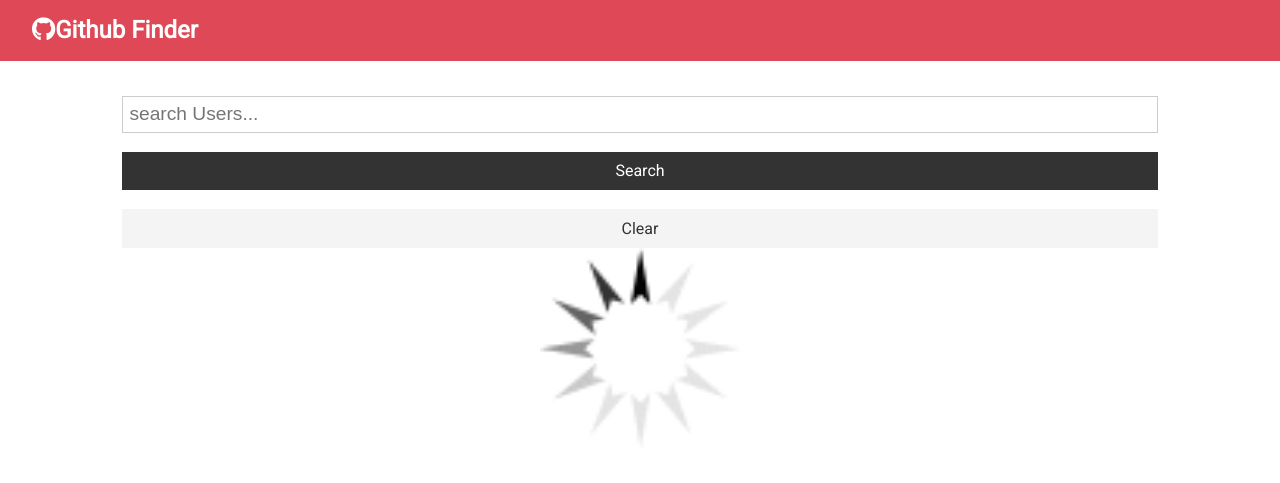
Repository: MANUCHANDRAN94/Github-Finder-React-
Page: /
These files come from the project's save history. The page is drawn as it stood at one moment and after a run of saves; the edit follows.
The browser window is 1280 px wide. The pictures show the whole page.
The page's requests for data from a server got no answer. Some web libraries are served in a nearby version. The project was rebuilt for these pictures with package versions that can differ from the ones it lists, and the page was loaded fresh each time. No one was signed in, and anything a server would have sent is missing. Also part of the build but not shown: src/components/users/UserItem.js.

Above is the page before, as saved 2020-10-12 08:10:48.

After the next 2 saves:
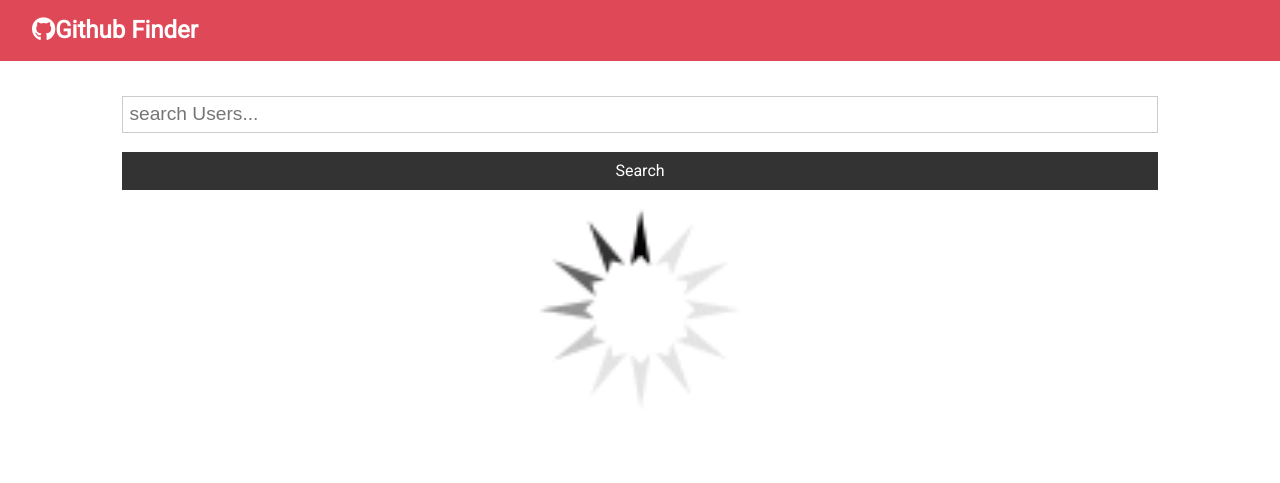
The 2 saves are shown as one change because 1 did not build or start.
The last was saved 72 s later.
--- a/src/components/users/Search.js
+++ b/src/components/users/Search.js
@@ -36,12 +36,14 @@ class Search extends Component {
             className='btn btn-dark btn-block'
           />
         </form>
-        <button
-          className='btn btn-light btn-block'
-          onClick={this.props.clearUsers}
-        >
-          Clear
-        </button>
+        {this.props.showClear ? (
+          <button
+            className='btn btn-light btn-block'
+            onClick={this.props.clearUsers}
+          >
+            Clear
+          </button>
+        ) : null}
       </div>
     );
   }
